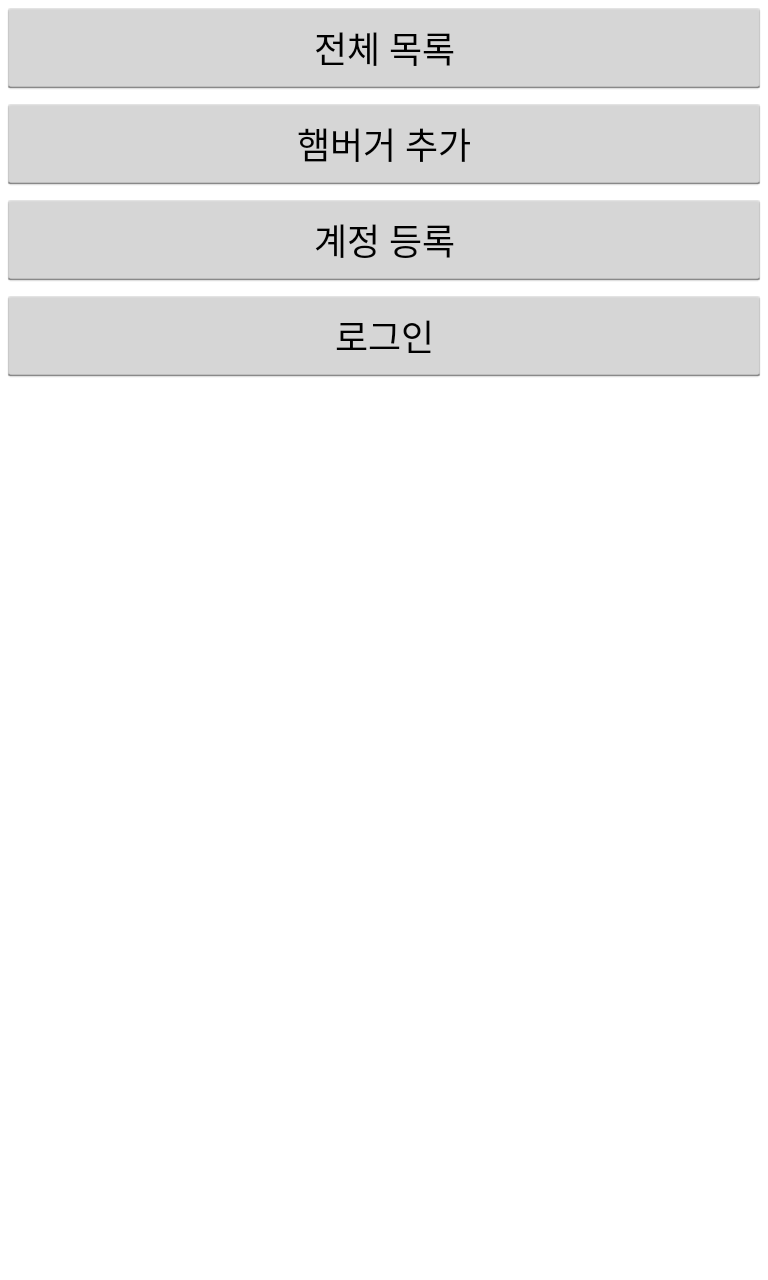
Repository: OnionLord/BurgerWIKI
Layout: burgerDicApp/BurgerDictionary/res/layout/actmain.xml
These files come from the project's save history. The layout is drawn as it stood at one moment and after the next save; the edit follows.
It is drawn on a 768 x 1280 px phone screen (xhdpi) without system bars, with theme AppTheme; the app's code is not run.

Above is the layout before, as saved 2014-11-06 13:44:33.

### burgerDicApp/BurgerDictionary/res/layout/actmain.xml
<LinearLayout xmlns:android="http://schemas.android.com/apk/res/android"
    android:layout_width="fill_parent"
    android:layout_height="fill_parent"
    android:orientation="vertical" >

    <Button
        android:id="@+id/main_btn1"
        android:layout_width="fill_parent"
        android:layout_height="wrap_content"
        android:onClick="onClickButton"
        android:text="전체 목록" />

    <Button
        android:id="@+id/main_btn2"
        android:layout_width="fill_parent"
        android:layout_height="wrap_content"
        android:onClick="onClickButton"
        android:text="햄버거 추가" />
    <Button
        android:id="@+id/main_btn3"
        android:layout_width="fill_parent"
        android:layout_height="wrap_content"
        android:onClick="onClickButton"
        android:text="계정 등록" />
    <Button
        android:id="@+id/main_btn4"
        android:layout_width="fill_parent"
        android:layout_height="wrap_content"
        android:onClick="onClickButton"
        android:text="로그인" />

</LinearLayout>

Loaded but not shown: burgerDicApp/BurgerDictionary/res/values/styles.xml (common file); burgerDicApp/BurgerDictionary/res/values-v11/styles.xml (common file); burgerDicApp/BurgerDictionary/res/values-v14/styles.xml (common file)

After the next save:
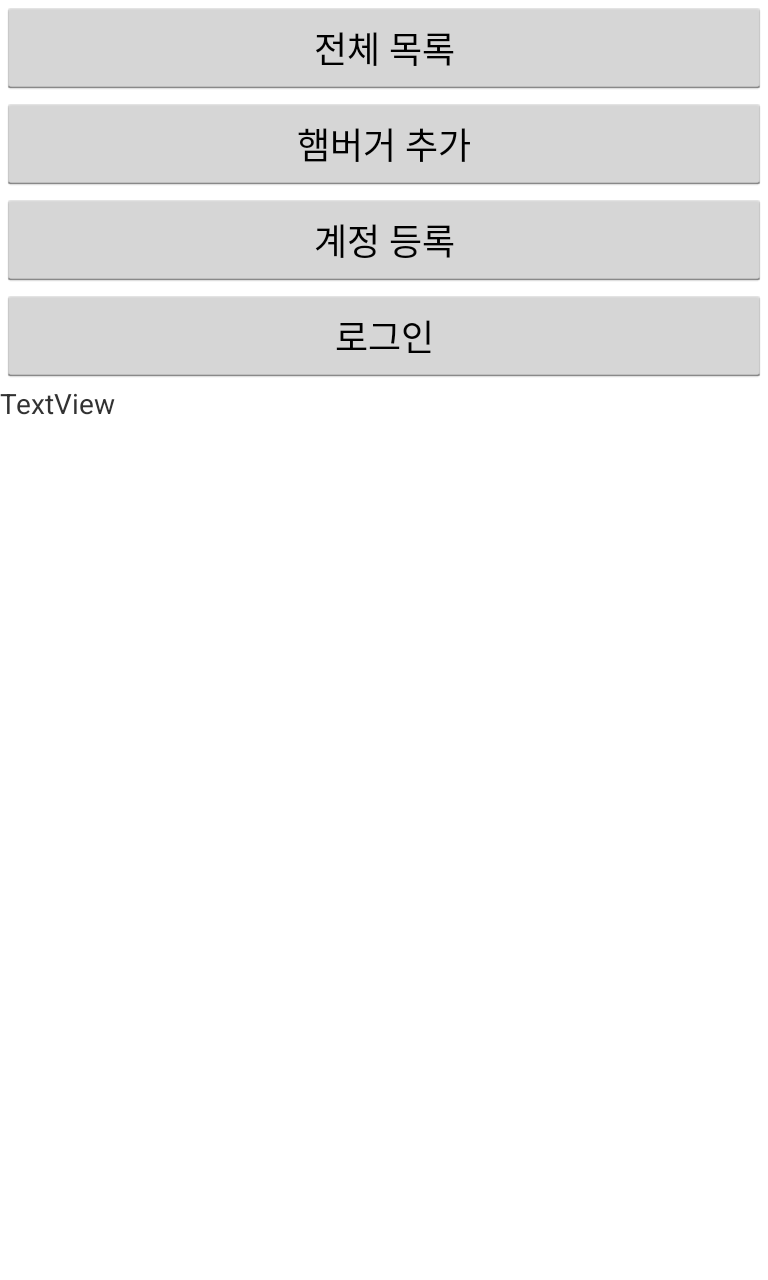
Saved 4 s later.
--- a/burgerDicApp/BurgerDictionary/res/layout/actmain.xml
+++ b/burgerDicApp/BurgerDictionary/res/layout/actmain.xml
@@ -29,4 +29,10 @@
         android:onClick="onClickButton"
         android:text="로그인" />
 
+    <TextView
+        android:id="@+id/main_test"
+        android:layout_width="wrap_content"
+        android:layout_height="wrap_content"
+        android:text="TextView" />
+
 </LinearLayout>
